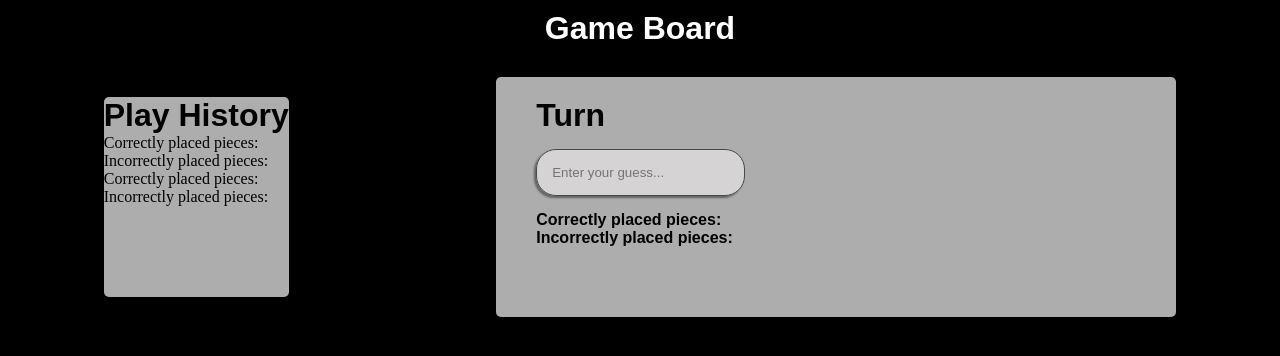
Repository: programmer686/Mastermind-with-Next.js
Page: /, after clicking the first element matching `button.StartScreen_51d34_startscreen__play_button`
These files come from the project's save history. The page is drawn as it stood at one moment and after a run of saves; the edit follows.
The browser window is 1280 px wide. The pictures show the whole page.
The project was rebuilt for these pictures with package versions that can differ from the ones it lists, and the page was loaded fresh each time. The framework's server and built-in components were replaced by stand-ins that run in the browser. Also part of the build but not shown: next.config.js, src/styles/StartScreen.module.css.

Above is the page before, as saved 2023-07-18 19:35:37.

After the next 3 saves:
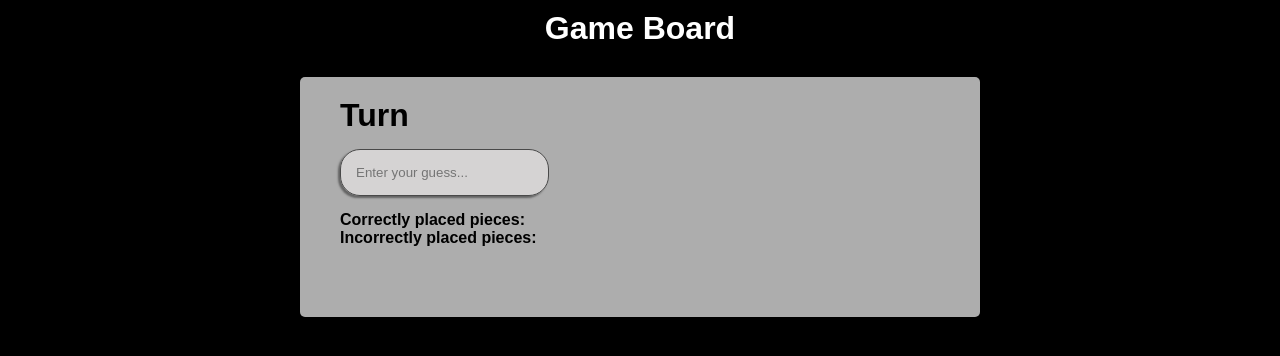
The 3 saves are shown as one change because 2 did not build or start.
The last was saved 3 min 5 s later.
--- a/src/comps/GameBoard.js
+++ b/src/comps/GameBoard.js
@@ -5,7 +5,7 @@ import { useState } from 'react'
 import StartScreen from './StartScreen'
 
 export default function GameBoard() {
-    const [playHistory, setPlayHistory] = useState([0, 0]);
+
 
 
 
@@ -16,8 +16,8 @@ export default function GameBoard() {
                 <h1 className={styles.GameBoard__name}>Game Board</h1>
             </div>
             <div className={styles.GameBoard__body}>
-                <PastPlay playHistory={playHistory}/>
-                <GamePlay setPlayHistory={setPlayHistory}/>
+                {/* <PastPlay playHistory={playHistory}/> */}
+                <GamePlay/>
             </div>
         </main>
     )
